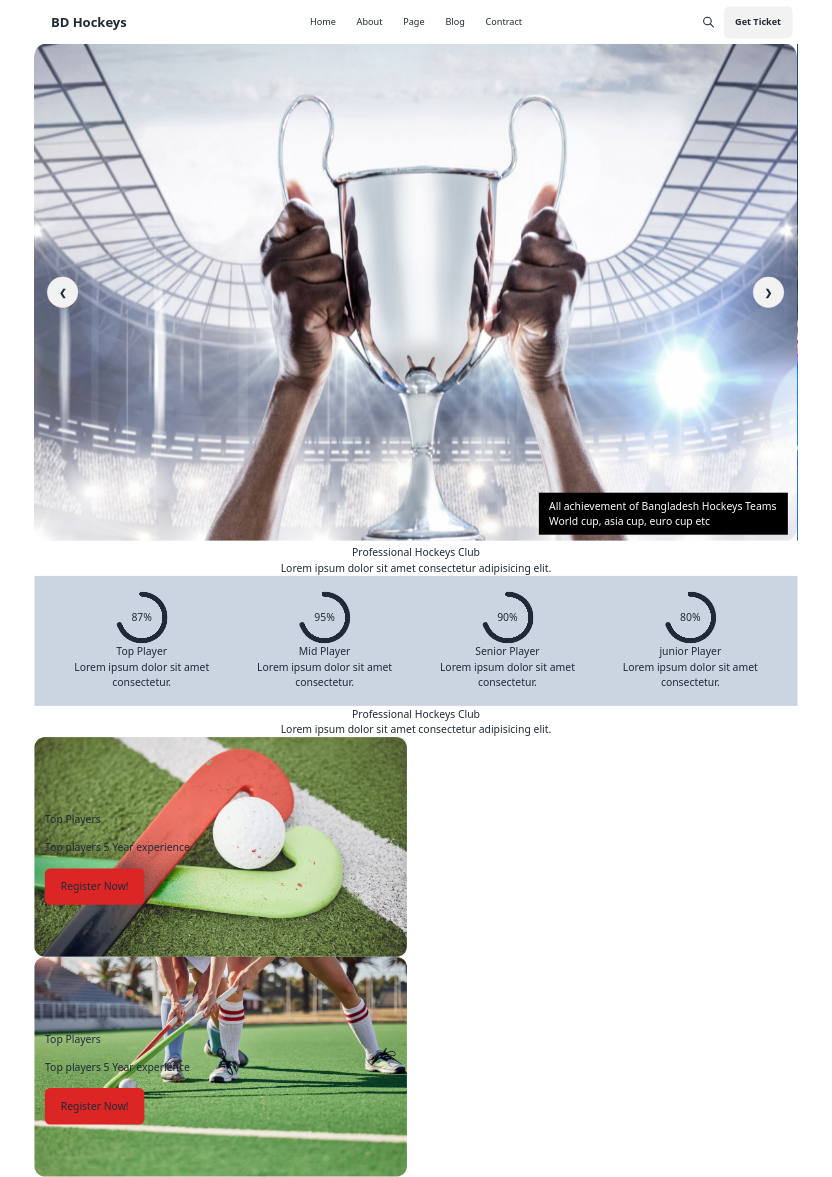
Repository: sumonkumarsarkar/bd-hockeys-team
Page: index.html
These files come from the project's save history. The page is drawn as it stood at one moment and after the next save; the edit follows.
The browser window is 1280 px wide. The pictures show the whole page, at 65% of full size.
Some web libraries are served in a nearby version.

Above is the page before, as saved 2024-01-23 16:11:46.

### index.html
<!DOCTYPE html>
<html lang="en">
<head>
    <meta charset="UTF-8">
    <meta name="viewport" content="width=device-width, initial-scale=1.0">
    <title>BD Hockeys Team</title>

    <link href="https://cdn.jsdelivr.net/npm/daisyui@4.6.0/dist/full.min.css" rel="stylesheet" type="text/css" />
    <script src="https://cdn.tailwindcss.com"></script>

</head>
<body>
    <!-- header part start  -->
    <header class="w-11/12 mx-auto">
        <nav>
            <div class="navbar bg-base-100">
                <div class="navbar-start">
                  <div class="dropdown">
                    <div tabindex="0" role="button" class="btn btn-ghost lg:hidden">
                      <svg xmlns="http://www.w3.org/2000/svg" class="h-5 w-5" fill="none" viewBox="0 0 24 24" stroke="currentColor"><path stroke-linecap="round" stroke-linejoin="round" stroke-width="2" d="M4 6h16M4 12h8m-8 6h16" /></svg>
                    </div>
                    <ul tabindex="0" class="menu menu-sm dropdown-content mt-3 z-[1] p-2 shadow bg-base-100 rounded-box w-52">
                      <li><a>Home</a></li>
                      <li><a>About</a></li>
                      <li><a>Page</a></li>
                      <li><a>Blog</a></li>
                      <li><a>Contract</a></li>
                    </ul>
                  </div>
                  <a class="btn btn-ghost text-xl">BD Hockeys</a>
                </div>
                <div class="navbar-center hidden lg:flex">
                  <ul class="menu menu-horizontal px-1">
                    <li><a>Home</a></li>
                      <li><a>About</a></li>
                      <li><a>Page</a></li>
                      <li><a>Blog</a></li>
                      <li><a>Contract</a></li>
                  </ul>
                </div>
                <div class="navbar-end">
                    <div type="search" class="btn btn-ghost btn-circle">
                        <svg xmlns="http://www.w3.org/2000/svg" class="h-5 w-5" fill="none" viewBox="0 0 24 24" stroke="currentColor"><path stroke-linecap="round" stroke-linejoin="round" stroke-width="2" d="M21 21l-6-6m2-5a7 7 0 11-14 0 7 7 0 0114 0z" /></svg>
                      </div>
                  <a class="btn">Get Ticket</a>
                </div>
              </div>
        </nav>



      <!-- banner part start  -->

   <div class=" lg:relative">
    <div>
        <div class="carousel w-full">
            <div id="slide1" class="carousel-item relative w-full">
              <img src="./Images/1.png" class="w-full" alt="bd-hockey" />
              <div class="absolute flex justify-between transform -translate-y-1/2 left-5 right-5 top-1/2">
                <a href="#slide4" class="btn btn-circle">❮</a>
                <a href="#slide2" class="btn btn-circle">❯</a>
              </div>
            </div>
            <div id="slide2" class="carousel-item relative w-full">
              <img src="./Images/banner1.jpeg" class="w-full" alt="bd-hockey" />
              <div class="absolute flex justify-between transform -translate-y-1/2 left-5 right-5 top-1/2">
                <a href="#slide1" class="btn btn-circle">❮</a>
                <a href="#slide3" class="btn btn-circle">❯</a>
              </div>
            </div>
            <div id="slide3" class="carousel-item relative w-full">
              <img src="./Images/banner3.jpg" class="w-full" alt="bd-hockey" />
              <div class="absolute flex justify-between transform -translate-y-1/2 left-5 right-5 top-1/2">
                <a href="#slide2" class="btn btn-circle">❮</a>
                <a href="#slide4" class="btn btn-circle">❯</a>
              </div>
            </div>
            <div id="slide4" class="carousel-item relative w-full">
              <img src="./Images/banner2.jpg" class="w-full" alt="bd-hockey"/>
              <div class="absolute flex justify-between transform -translate-y-1/2 left-5 right-5 top-1/2">
                <a href="#slide3" class="btn btn-circle">❮</a>
                <a href="#slide1" class="btn btn-circle">❯</a>
              </div>
            </div>
          </div>
    </div>
    <div class="lg:absolute bottom-4 right-4">
        <div class="px-4 py-2 bg-black text-white">
            <h2>All achievement of Bangladesh Hockeys Teams</h2>
             <p>World cup, asia cup, euro cup etc</p>
        </div>
    </div>

   </div>

      <!-- banner part end  -->
    </header>
    <!-- header part end  -->




    <!-- main part start  -->
    <main class="w-11/12 mx-auto">
  <section>

       <div class="text-center">
        <h2>Professional Hockeys Club</h2>
        <p>Lorem ipsum dolor sit amet consectetur adipisicing elit.</p>
       </div>

       <!-- card  -->

       <div class="flex flex-col lg:flex-row lg:justify-between bg-slate-300 lg:p-6 ">
        <div class="text-center">
         <div class="radial-progress" style="--value:70;" role="progressbar">87%</div>
         <h3>Top Player</h3>
         <p>Lorem ipsum dolor sit amet consectetur.</p>
        </div>
        <div class="text-center">
            <div class="radial-progress" style="--value:70;" role="progressbar">95%</div>
            <h3>Mid Player</h3>
            <p>Lorem ipsum dolor sit amet consectetur.</p>
        </div>
        <div class="text-center">
            <div class="radial-progress" style="--value:70;" role="progressbar">90%</div>
            <h3>Senior Player</h3>
            <p>Lorem ipsum dolor sit amet consectetur.</p>
        </div>
        <div class="text-center">
            <div class="radial-progress" style="--value:70;" role="progressbar">80%</div>
            <h3>junior Player</h3>
            <p>Lorem ipsum dolor sit amet consectetur.</p>
        </div>
       </div>
  </section>
   <!-- banner section start  -->
   <!-- text part  -->
   <div class="text-center">
    <h2>Professional Hockeys Club</h2>
    <p>Lorem ipsum dolor sit amet consectetur adipisicing elit.</p>
   </div>

 <!-- banner part  -->

<div class=" relative">
    <div>
        <div><img src="./Images/2.png" alt=""></div>
     </div>
     <div class=" absolute bottom-20 left-4 space-y-5">
        <h2>Top Players</h2>
        <p>Top players 5 Year experience </p>
        <button  class="py-4 px-6 rounded-lg bg-red-600" type="button">Register Now!</button>
     </div>
</div>
<div class=" relative">
    <div>
        <div><img src="./Images/3.png" alt=""></div>
     </div>
     <div class=" absolute bottom-20 left-4 space-y-5">
        <h2>Top Players</h2>
        <p>Top players 5 Year experience </p>
        <button  class="py-4 px-6 rounded-lg bg-red-600" type="button">Register Now!</button>
     </div>
</div>




   <section>



   </section>


   <!-- banner section end  -->

    </main>
        <!-- main part end  -->

<!-- footer part start  -->
        <footer>

        </footer>
        <!-- footer part start  -->
</body>
</html>

After the next save:
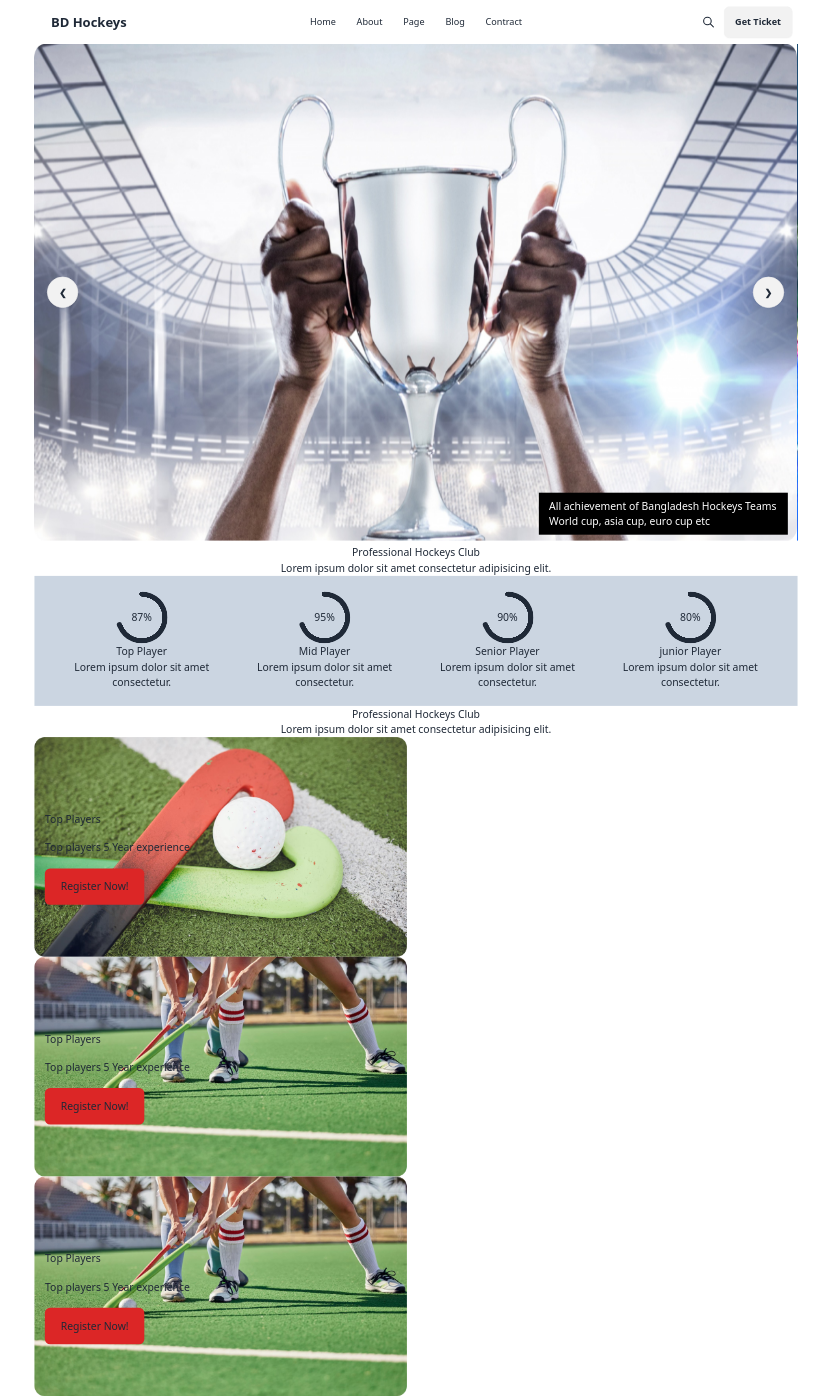
Saved 6 h 30 min later.
--- a/index.html
+++ b/index.html
@@ -163,6 +163,16 @@
         <button  class="py-4 px-6 rounded-lg bg-red-600" type="button">Register Now!</button>
      </div>
 </div>
+<div class=" relative">
+    <div>
+        <div><img src="./Images/3.png" alt=""></div>
+     </div>
+     <div class=" absolute bottom-20 left-4 space-y-5">
+        <h2>Top Players</h2>
+        <p>Top players 5 Year experience </p>
+        <button  class="py-4 px-6 rounded-lg bg-red-600" type="button">Register Now!</button>
+     </div>
+</div>
 
 
 
